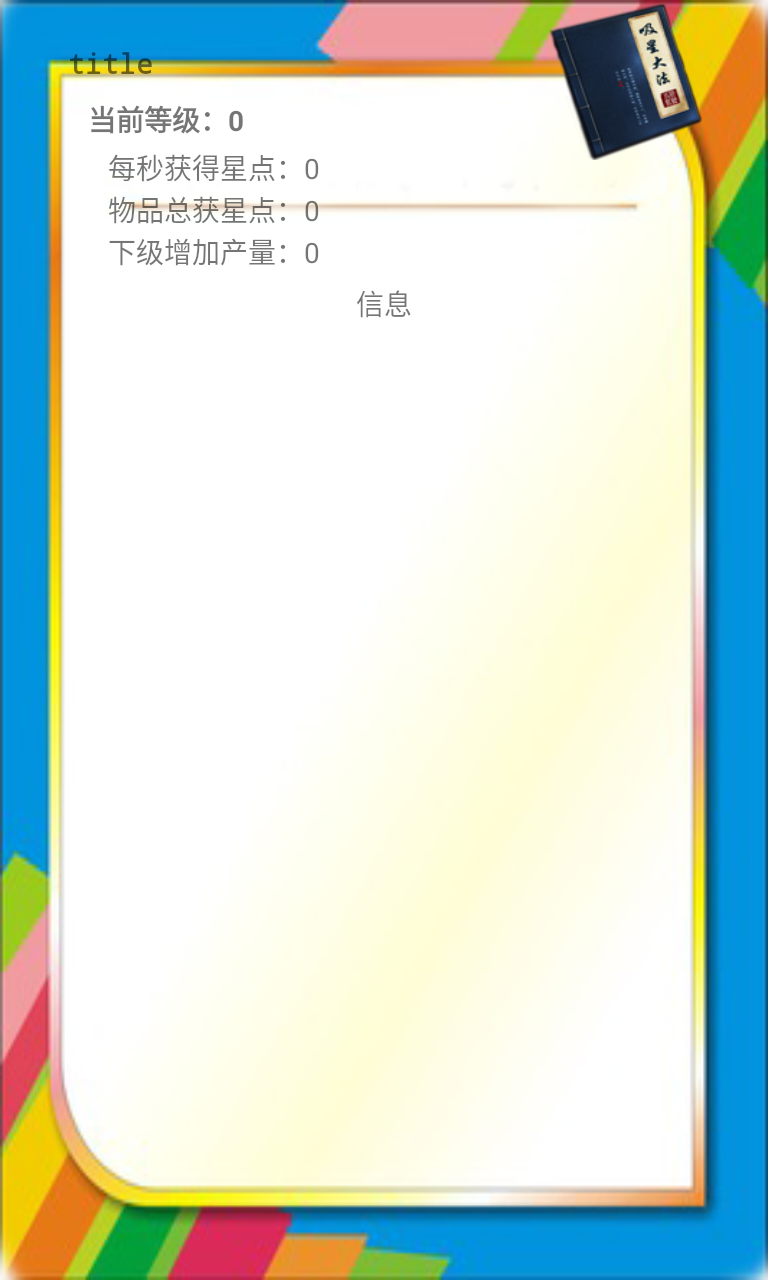
Repository: xianyun2014/StarPoint
Layout: game/res/layout/build_info_view.xml
The author's editor kept a copy of each file at every save. The layout is drawn from the files as they stood at one save, then again after the next save.
It is drawn on a 768 x 1280 px phone screen (xhdpi) without system bars, with theme AppTheme; the app's code is not run.

Above is the layout before, as saved 2014-11-17 15:39:21.

After the next save:
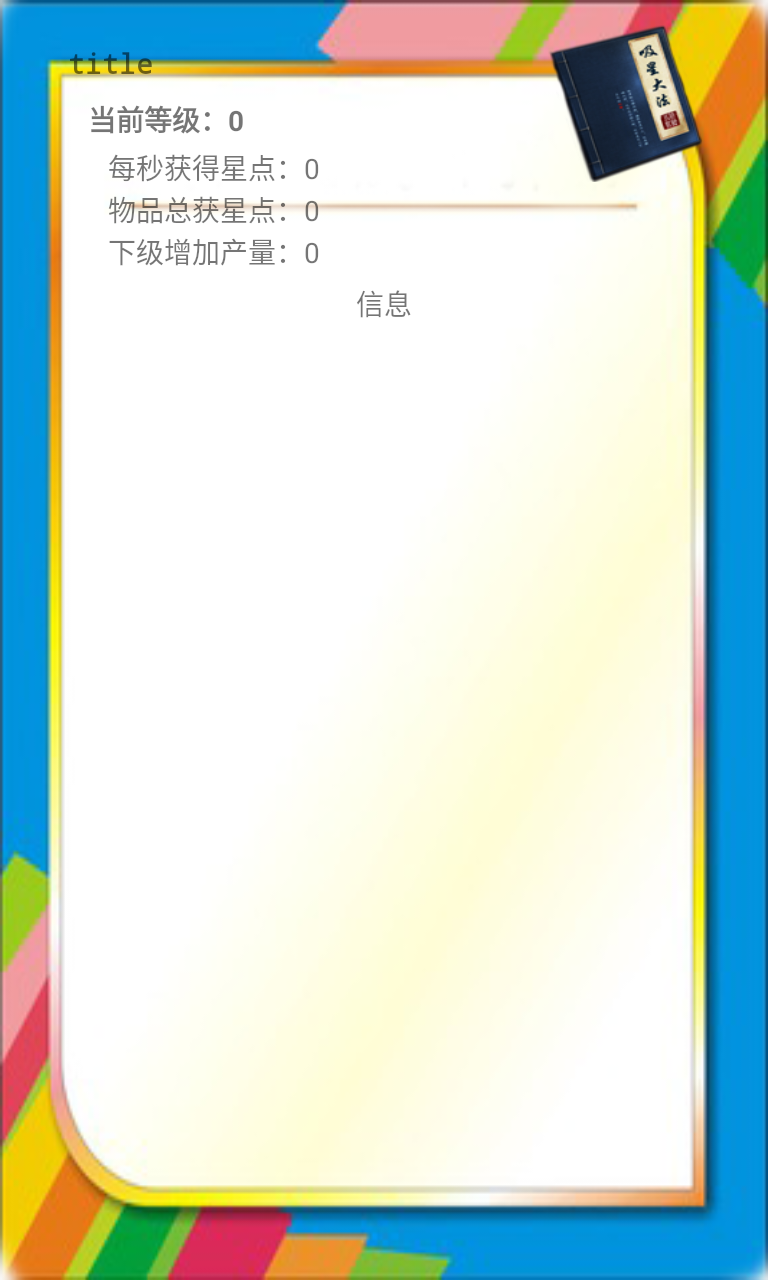
Saved 16 s later.
--- a/game/res/layout/build_info_view.xml
+++ b/game/res/layout/build_info_view.xml
@@ -138,6 +138,7 @@
         android1:layout_alignRight="@+id/imageView1"
         android1:layout_alignTop="@+id/imageView1"
         android1:layout_marginRight="31dp"
+        android1:layout_marginTop="11dp"
         android1:scaleType="fitXY"
         android1:src="@drawable/jz_xzdf" />
 
